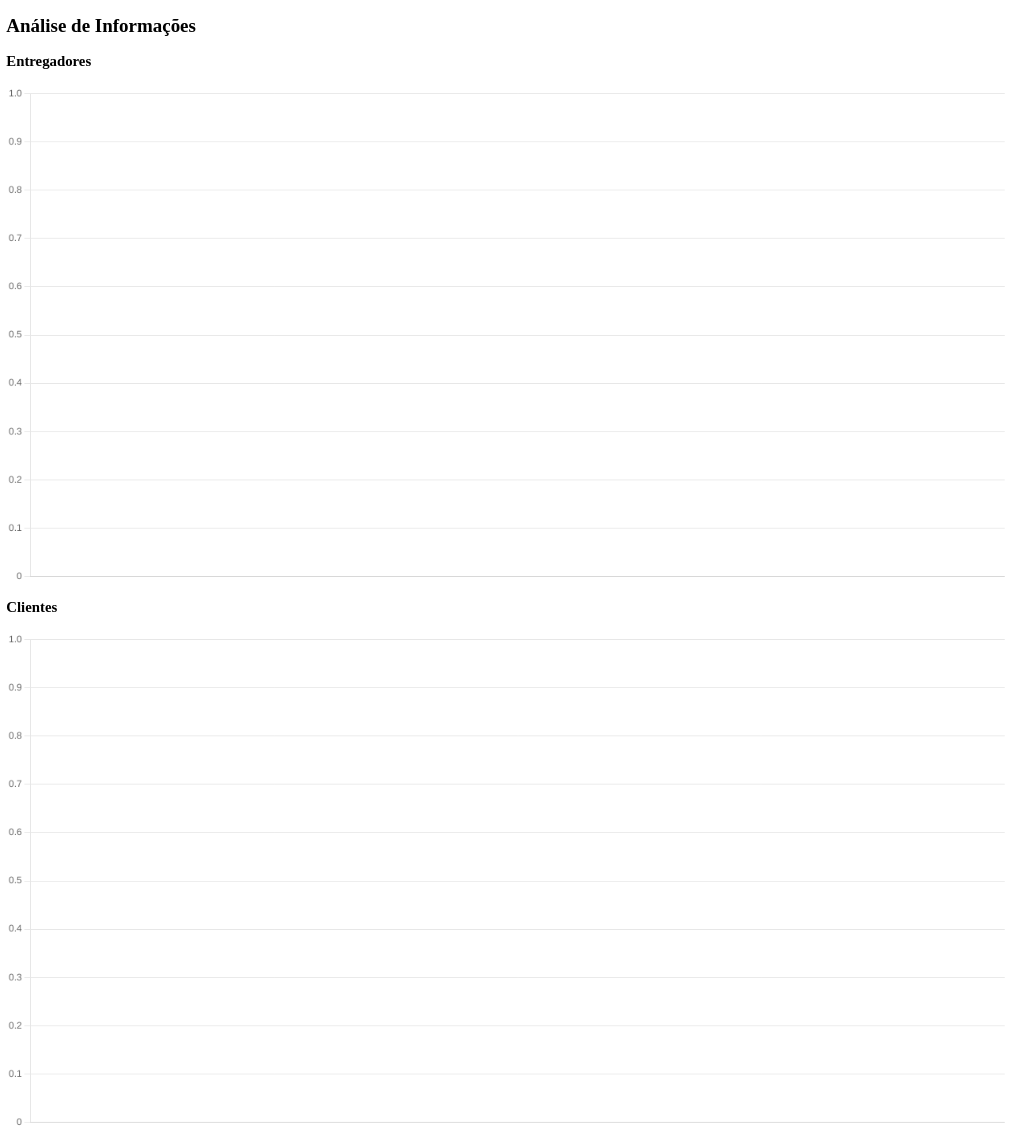
Repository: feliperanon/gestao-entregas
Page: /analise (app in frontend/)
The author's editor kept a copy of each file at every save. The page is drawn from the files as they stood at one save, then again after the next save.
The browser window is 1280 px wide. The pictures show the whole page, at 79% of full size.
The page's requests for data from a server got no answer. The project was rebuilt for these pictures with package versions that can differ from the ones it lists, and the page was loaded fresh each time. No one was signed in, and anything a server would have sent is missing. Also part of the build but not shown: frontend/src/pages/Dashboard.js, frontend/src/pages/Clientes.js, frontend/src/pages/Entregadores.js, frontend/src/pages/History.js, frontend/src/pages/Login.js, frontend/src/pages/Status.js.

Above is the page before, as saved 2024-07-01 20:23:29.

After the next save:
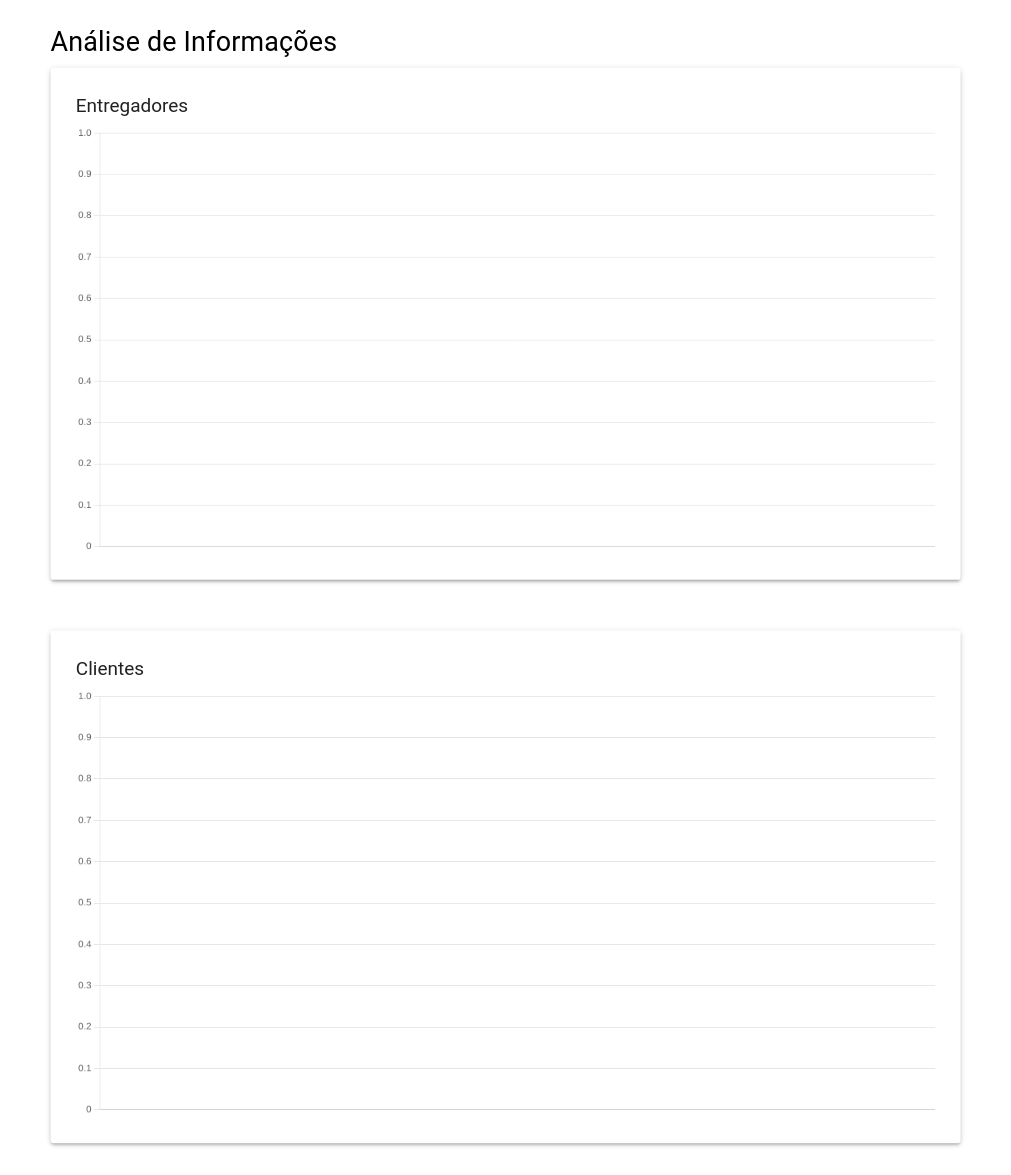
Saved 2 min 50 s later.
--- a/frontend/src/pages/Analise.js
+++ b/frontend/src/pages/Analise.js
@@ -1,28 +1,40 @@
-import React, { useEffect, useState } from 'react';
+import React, { useEffect, useState, useCallback } from 'react';
 import { Bar, Line } from 'react-chartjs-2';
 import { Chart as ChartJS, CategoryScale, LinearScale, BarElement, LineElement, PointElement } from 'chart.js';
+import { Container, Typography, Paper, Grid } from '@mui/material';
+import { styled } from '@mui/material/styles';
 import api from '../services/api';
 
 // Registrar as escalas e elementos necessários
 ChartJS.register(CategoryScale, LinearScale, BarElement, LineElement, PointElement);
 
+const StyledContainer = styled(Container)(({ theme }) => ({
+  marginTop: theme.spacing(4),
+}));
+
+const StyledPaper = styled(Paper)(({ theme }) => ({
+  padding: theme.spacing(4),
+  marginBottom: theme.spacing(4),
+}));
+
 const Analise = () => {
   const [entregas, setEntregas] = useState([]);
 
+  const fetchEntregas = useCallback(async () => {
+    try {
+      const token = localStorage.getItem('token');
+      const response = await api.get('/entregas', {
+        headers: { Authorization: `Bearer ${token}` }
+      });
+      setEntregas(response.data);
+    } catch (error) {
+      console.error('Error fetching entregas:', error);
+    }
+  }, []);
+
   useEffect(() => {
-    const fetchEntregas = async () => {
-      try {
-        const token = localStorage.getItem('token');
-        const response = await api.get('/entregas', {
-          headers: { Authorization: `Bearer ${token}` }
-        });
-        setEntregas(response.data);
-      } catch (error) {
-        console.error('Error fetching entregas:', error);
-      }
-    };
     fetchEntregas();
-  }, []);
+  }, [fetchEntregas]);
 
   const processData = (data) => {
     const entregadores = {};
@@ -83,17 +95,23 @@ const Analise = () => {
   };
 
   return (
-    <div>
-      <h2>Análise de Informações</h2>
-      <div>
-        <h3>Entregadores</h3>
-        <Bar data={entregadoresData} />
-      </div>
-      <div>
-        <h3>Clientes</h3>
-        <Line data={clientesData} />
-      </div>
-    </div>
+    <StyledContainer>
+      <Typography variant="h4" gutterBottom>Análise de Informações</Typography>
+      <Grid container spacing={4}>
+        <Grid item xs={12}>
+          <StyledPaper elevation={3}>
+            <Typography variant="h5" gutterBottom>Entregadores</Typography>
+            <Bar data={entregadoresData} />
+          </StyledPaper>
+        </Grid>
+        <Grid item xs={12}>
+          <StyledPaper elevation={3}>
+            <Typography variant="h5" gutterBottom>Clientes</Typography>
+            <Line data={clientesData} />
+          </StyledPaper>
+        </Grid>
+      </Grid>
+    </StyledContainer>
   );
 };
 
